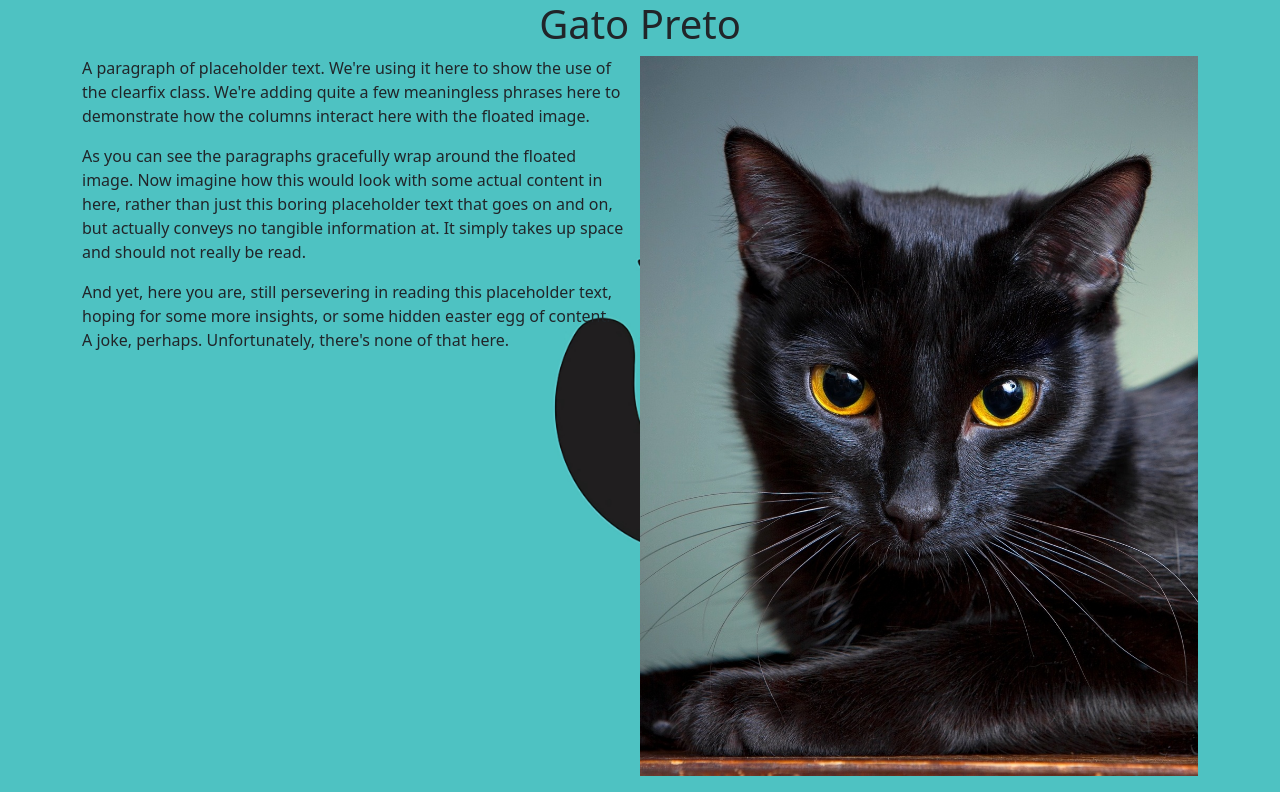
Repository: SktYzu/gatitu
Page: index.html
These files come from the project's save history. The page is drawn as it stood at one moment and after the next save; the edit follows.
The browser window is 1280 px wide. The pictures show the whole page.

Above is the page before, as saved 2023-11-27 15:02:21.

After the next save:
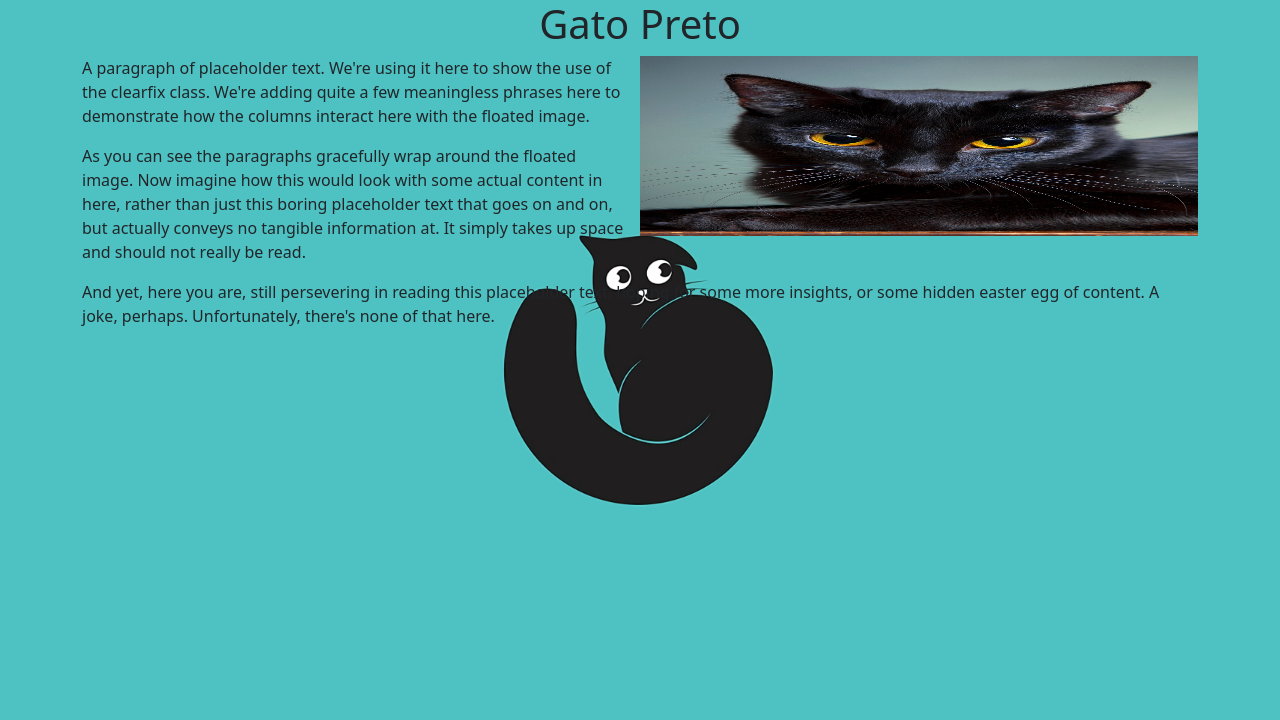
Saved 12 s later.
--- a/index.html
+++ b/index.html
@@ -23,7 +23,7 @@
     <div class="container">
 
         <div class="clearfix">
-            <img src="preto.jpg" class="col-md-6 float-md-end mb-3 ms-md-3" alt="..." width="400" height="720">
+            <img src="preto.jpg" class="col-md-6 float-md-end mb-3 ms-md-3" alt="..." width="400" height="180">
 
             <p>
                 A paragraph of placeholder text. We're using it here to show the use of the clearfix class. We're adding
